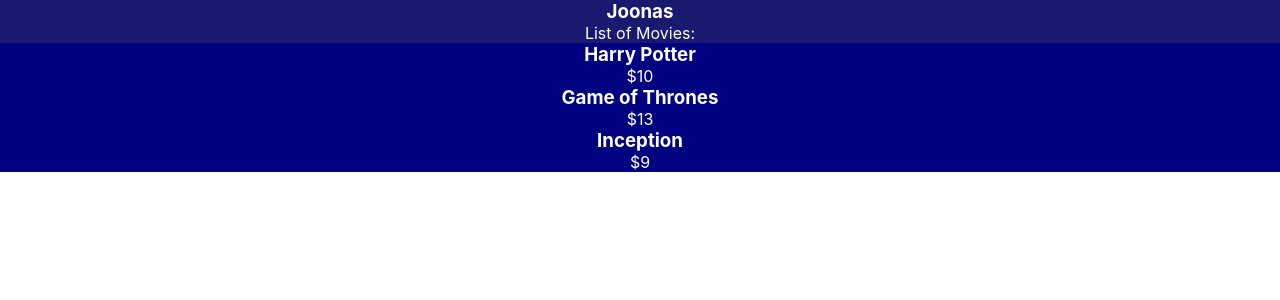
Repository: SubmergedSnake/react-usecontext
Page: /
These files come from the project's save history. The page is drawn as it stood at one moment and after the next save; the edit follows.
The browser window is 1280 px wide. The pictures show the whole page.
The project was rebuilt for these pictures with package versions that can differ from the ones it lists, and the page was loaded fresh each time.

Above is the page before, as saved 2020-11-21 18:33:37.

After the next save:
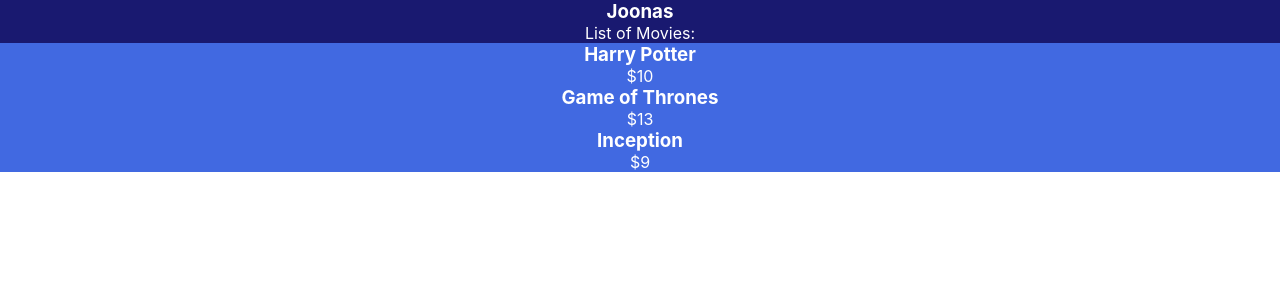
Saved 25 s later.
--- a/src/MovieList.js
+++ b/src/MovieList.js
@@ -2,7 +2,7 @@
 import Movie from './Movie';
 
 const listStyle = {
-    background: 'navy'
+    background: 'royalblue'
 }
 
 const MovieList = () => {
